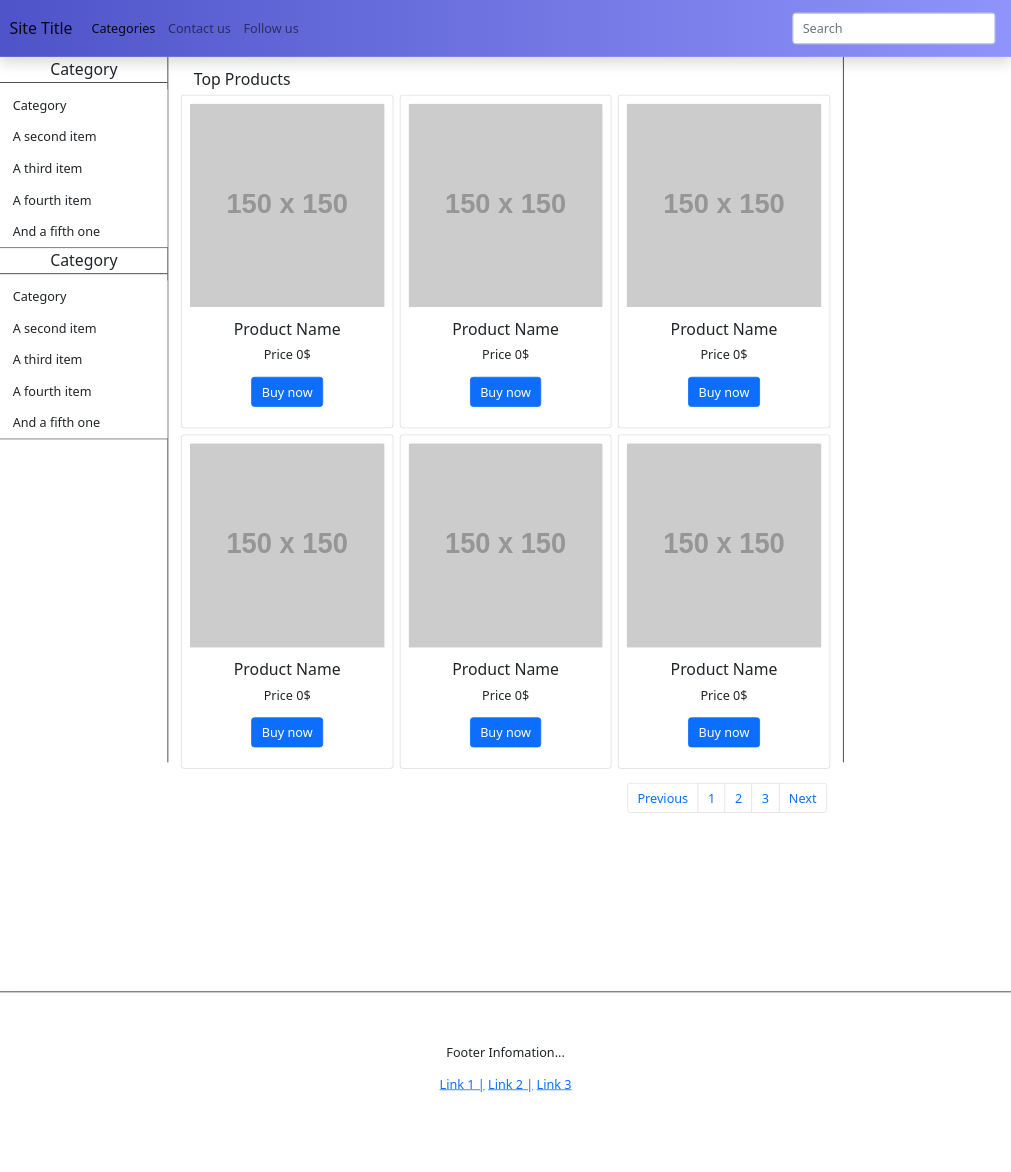
Repository: ttranhhoang/layoutBS
Page: layoutBS1/index.html
These files come from the project's save history. The page is drawn as it stood at one moment and after a run of saves; the edit follows.
The browser window is 1280 px wide. The pictures show the whole page, at 79% of full size.

Above is the page before, as saved 2022-04-24 23:02:07.

After the next 4 saves:
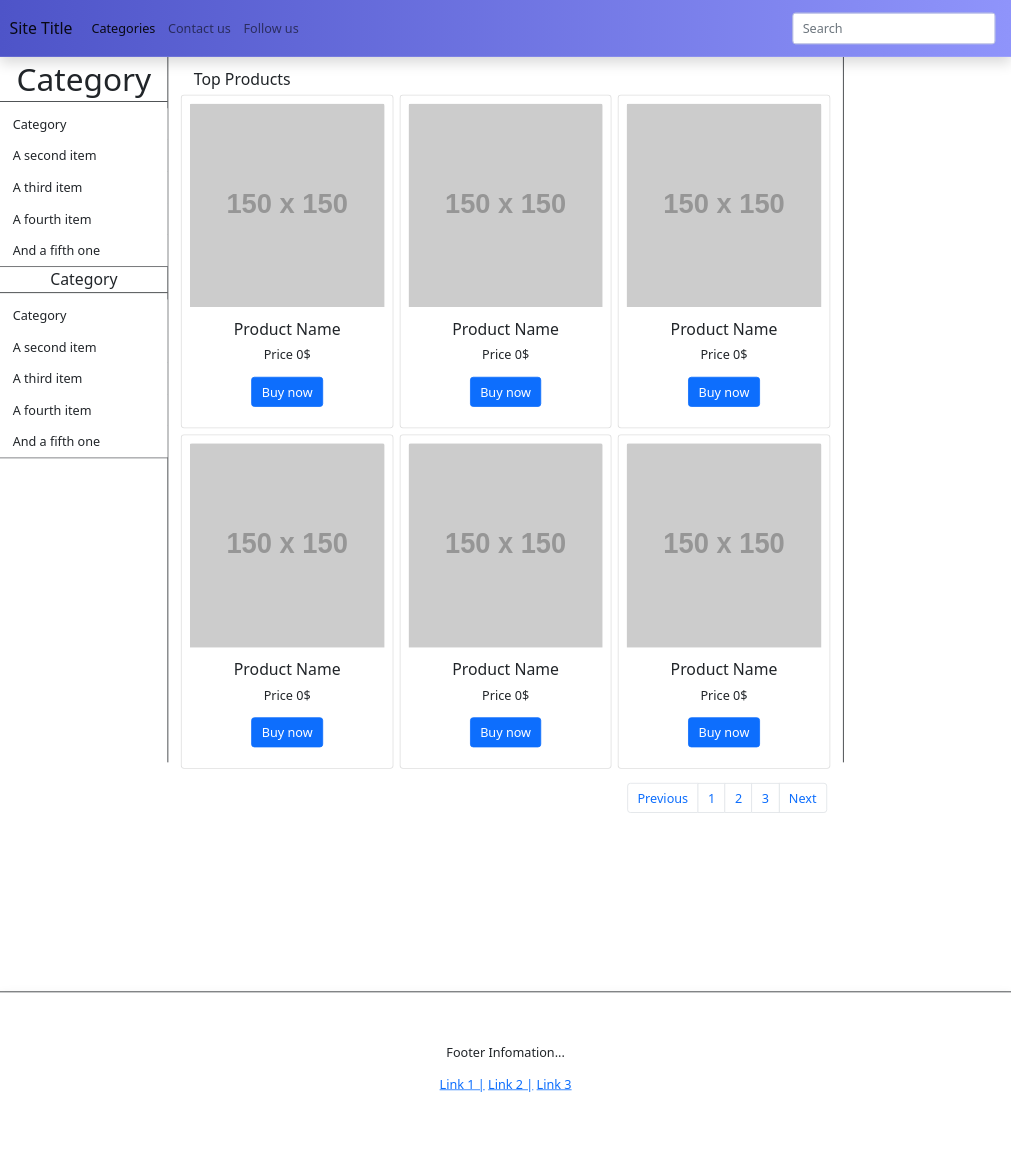
The 4 saves are shown as one change because they came seconds apart.
The last was saved 13 s later.
--- a/layoutBS1/index.html
+++ b/layoutBS1/index.html
@@ -78,7 +78,7 @@
     <div class="main">
       <div class="row g-0">
         <div class="col-md-2 col-3 text-center border-1 border-end border-dark">
-          <h5 class="text-center text p-1 border-bottom border-1 border-dark fn">
+          <h5 class="text-center text p-1 border-bottom border-1 border-dark fs-1">
             Category
           </h5>
           <ul

After the save that followed:
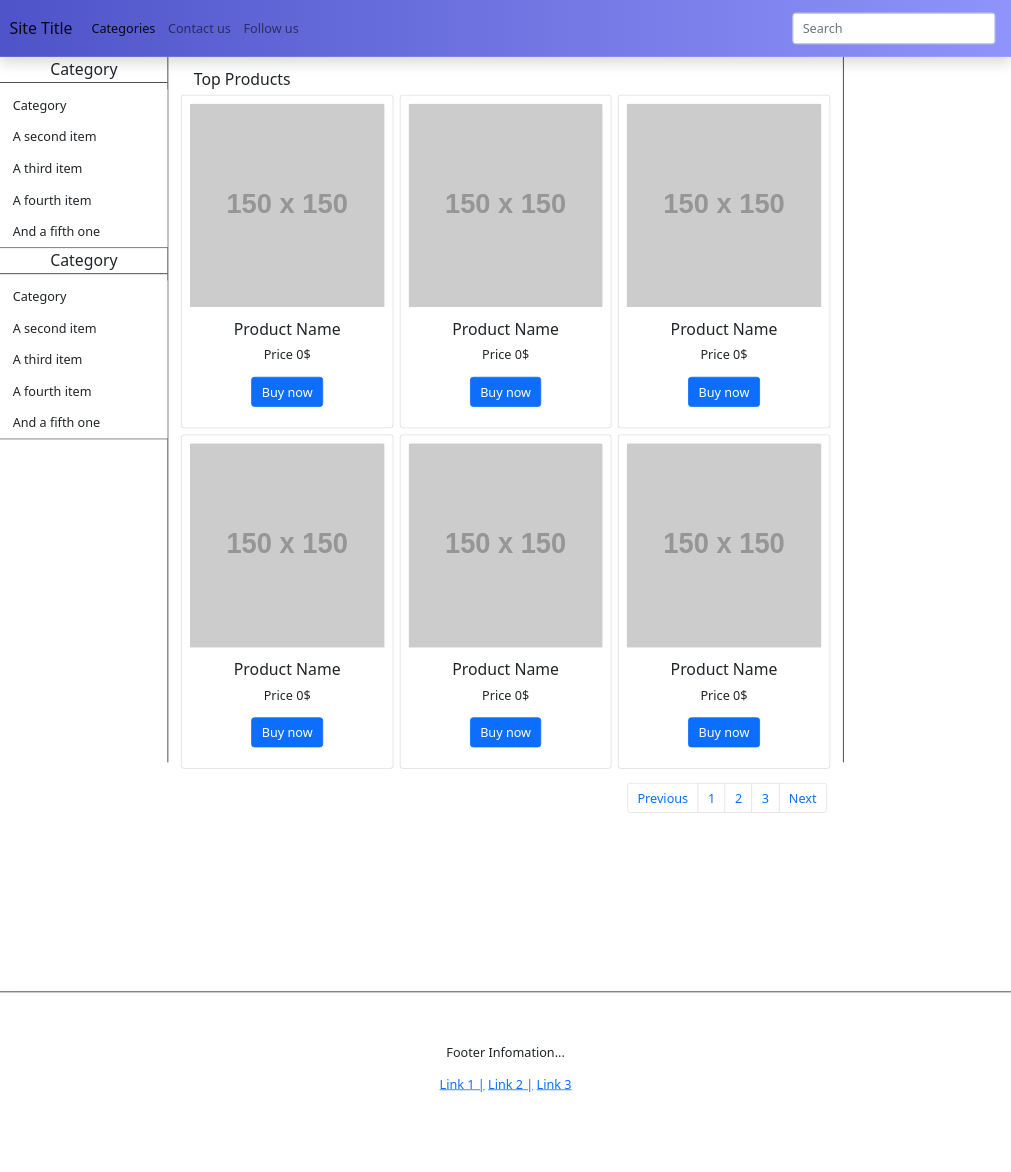
Saved 4 s later.
--- a/layoutBS1/index.html
+++ b/layoutBS1/index.html
@@ -78,7 +78,7 @@
     <div class="main">
       <div class="row g-0">
         <div class="col-md-2 col-3 text-center border-1 border-end border-dark">
-          <h5 class="text-center text p-1 border-bottom border-1 border-dark fs-1">
+          <h5 class="text-center text p-1 border-bottom border-1 border-dark ">
             Category
           </h5>
           <ul
